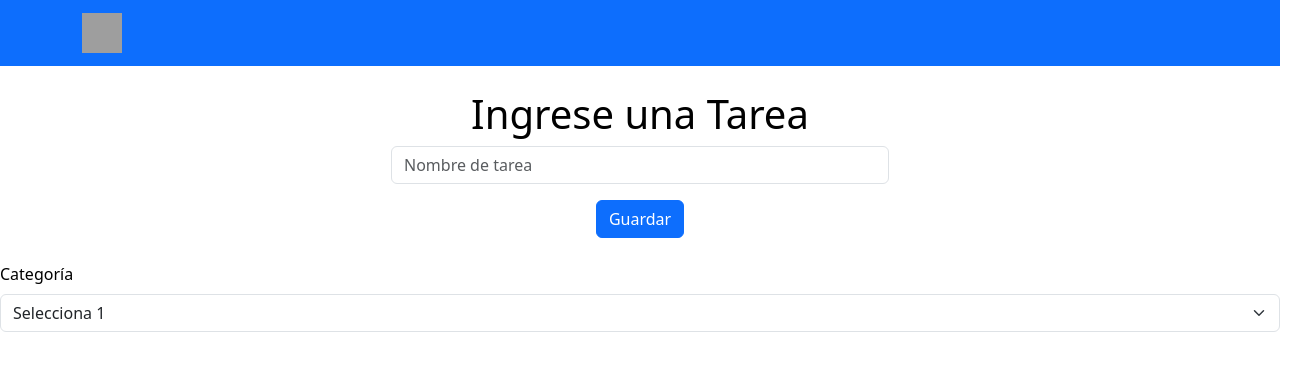
Repository: mgarrido0gb/registroTareas
Page: http://localhost/Tareas/Home
The author's editor kept a copy of each file at every save. The page is drawn from the files as they stood at one save, then again after the next save.
The browser window is 1280 px wide. The page is 1292 px wide, so the pictures cover 1292 px, including what lies to the right of the window. The pictures show the whole page.
Pictures or frames that could not be fetched are drawn as grey boxes. The page is served by Tomcat 10. Queries for data that is not in the repository find no rows.

Above is the page before, as saved 2024-05-21 20:29:49.

After the next save:
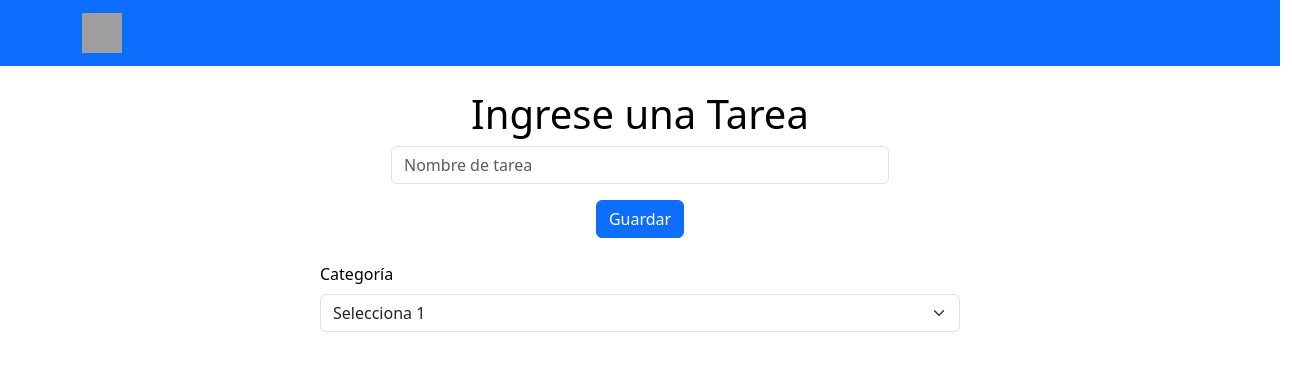
Saved 5 min 43 s later.
--- a/Tareas/src/main/webapp/WEB-INF/home.jsp
+++ b/Tareas/src/main/webapp/WEB-INF/home.jsp
@@ -61,7 +61,7 @@
 
 	<% ArrayList<Categoria> cats = (ArrayList<Categoria>)request.getAttribute("cats"); %>
 
-	<div class="mb-3">
+	<div class="col-6 offset-3">
               <label for="exampleInputPassword1" class="form-label">Categoría</label>
               <select class="form-select" name="categoria_id" required>
                 <option selected value>Selecciona 1</option>
